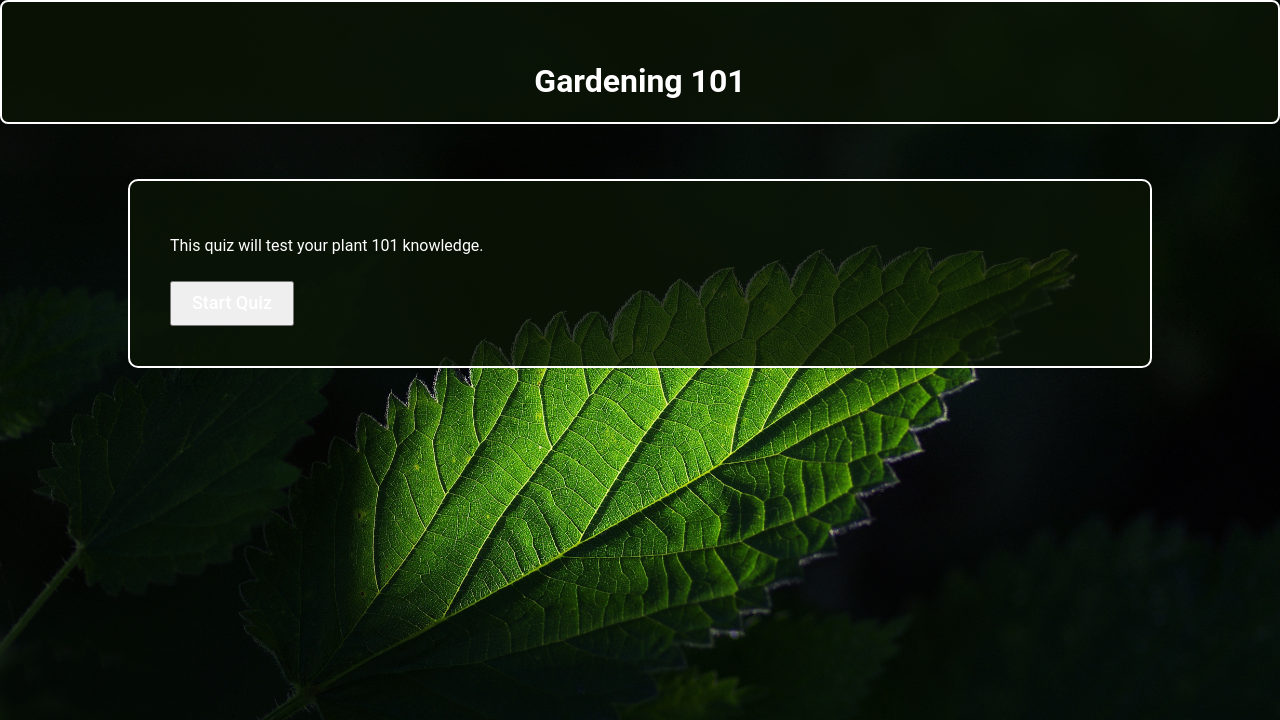
Repository: kaitlynMidori/gardening101
Page: index.html
These files come from the project's save history. The page is drawn as it stood at one moment and after the next save; the edit follows.
The browser window is 1280 px wide. The pictures show the whole page.

Above is the page before, as saved 2021-06-10 13:57:18.

### index.html
<!DOCTYPE html>
<html lang="en">

<head>
    <meta charset="UTF-8">
    <meta name="viewport" content="width=device-width, initial-scale=1.0">
    <meta http-equiv="X-UA-Compatible" content="ie=edge">
    <title>Quiz App</title>
    <link href="https://cdnjs.cloudflare.com/ajax/libs/normalize/8.0.1/normalize.min.css" rel="stylesheet" type="text/css" />
    <link href="app.css" rel="stylesheet" type="text/css" />

</head>

<body>
    <header>
        <h1>Gardening 101</h1>
    </header>
    <main></main>
    <script src="https://code.jquery.com/jquery-3.4.1.slim.js" crossorigin="anonymous"></script>
    <script src="app.js"></script>
</body>

</html>

### app.css
/* Your styles should be mobile-first and responsive */


/**
  * If you are unclear on how to utilize a mobile-first, responsive technique to write your CSS, here is an example:
  *
  * https://github.com/andreacardybailey/responsive_example/blob/master/styles/responsive-base.css
  *
*/

* {
    box-sizing: border-box;
}


body {

    font-family: "Roboto", sans-serif;
    color: white;
    margin: 0;
    background: cover;
    background-image: url("screenshots/leaf.jpg");
    background-repeat: repeat;
    background-size: cover;
    background-color: white;
}

header {
    border: 2px solid white;
    border-radius: 8px;
    background: rgba(11, 21, 6, 0.8);
    padding: 40px 0 0 0;
    color: white;
}

h1 {
    text-align: center;
}

.question-and-score {
    border: 2px solid white;
    border-radius: 8px;
    background: rgba(11, 21, 6, 0.8);
    font-size: 30px;
    font-weight: 600px;
    color: white;
    text-align: center;
    list-style: none;
}

button{
    margin-top: 10px;
    height: auto;
    font-size: 18px;
    font-weight: 500;
    text-align: center;
    color: white;
    cursor: pointer;
    margin-bottom: 0;
    /* border-radius: 3px; */
    padding: 10px 20px;
}

.start-screen,
fieldset {
    border: 2px solid white;
    width: 80%;
    padding: 40px;
    margin: 55px auto 0 auto;
    background: rgba(11, 21, 6, 0.8);
    border-radius: 10px;
}

legend {
    font-weight: 700;
    font-size: 18px;
}

.question-form .question {
    margin-bottom: 20px;
    padding: 0 2%;
    font-size: 20px;
    font-weight: 600px;
}

.options ul {
    list-style: none;
    margin: 0;
    text-align: left;
}

label {
    font-size: 18px;
}

.options span {
    display: block;
    border-radius: 5px;
}

.right-answer {
    background: rgb(11, 21, 6, .5);
    padding: 10px 20px;
    margin: 5px 20px;
    border: 2px solid rgb(97, 164, 23);
}

.wrong-answer {
    background: rgb(11, 21, 6, .5);
    padding: 10px;
    margin: 5px 20px;
    border: 2px solid #fe0000;
    border-radius: 8px;
}

.question-form button {
    background: rgb(11, 21, 6, .5);
    border: 2px solid white;
    float: right;
    border-radius: 6px;
}

button:hover:enabled,
button:focus:enabled {
    background-color: rgb(11, 21, 6, .5);
    -webkit-transition: background 0.1s;
    -moz-transition: background 0.1s;
    -o-transition: background 0.1s;
    transition: background 0.1s;
}

button:disabled {
    opacity: 0.9;
}

#next-question-btn {
    display: none;
}

### app.js
/**
 * Example store structure
 */
// const store = {
// 5 or more questions are required
//     questions: [{
//             question: 'What color is broccoli?',
//             answers: [
//                 'red',
//                 'orange',
//                 'pink',
//                 'green'
//             ],
//             correctAnswer: 'green'
//         },
//         {
//             question: 'What is the current year?',
//             answers: [
//                 '1970',
//                 '2015',
//                 '2019',
//                 '2005'
//             ],
//             correctAnswer: '2019'
//         }
//     ],
//     quizStarted: false,
//     questionNumber: 0,
//     score: 0
// };

const STORE = {
    questions: [ //1
        {
            question: 'Which of the following is a health benefit from gardening?',
            answers: [
                'Reduces Stress & improves mood',
                'Reduces risk of dementia',
                'Improves heart health and reduces risk of stroke',
                'All of the above'
            ],
            correctAnswer: 'All of the above'
        },
        //2
        {
            question: 'Which of the following are indoor plants?',
            answers: [
                'Fiddle Leaf Fig',
                'Dragon Tree',
                'Rubber Plant',
                'All of the above'
            ],
            correctAnswer: 'All of the above'
        },
        //3
        {
            question: 'What are the most common ways to kill a plant?',
            answers: [
                'Overwatering',
                'Underwatering',
                'Incorrect sun exposure',
                'All of the above'
            ],
            correctAnswer: 'All of the above'
        },
        //4
        {
            question: 'What are some ways to keep your plants happy?',
            answers: ['Provide correct watering needs', 'Keep free of dust', 'Fertilize it', 'All of the above'],
            correctAnswer: 'All of the above'
        },
        //5
        {
            question: 'What are signs of an unhappy plant?',
            answers: [
                'Wilted leaves',
                'Yellowing/browning leaves',
                ' Bugs or fungal growth',
                'All of the above'
            ],
            correctAnswer: 'All of the above'
        }
    ],
    quizStarted: false,
    currentQuestion: 0,
    score: 0
};
/**
 *
 * Technical requirements:
 *
 * Your app should include a render() function, that regenerates the view each time the store is updated.
 * See your course material and access support for more details.
 *
 * NO additional HTML elements should be added to the index.html file.
 *
 * You may add attributes (classes, ids, etc) to the existing HTML elements, or link stylesheets or additional scripts if necessary
 *
 * SEE BELOW FOR THE CATEGORIES OF THE TYPES OF FUNCTIONS YOU WILL BE CREATING 👇
 *
 */

/********** TEMPLATE GENERATION FUNCTIONS **********/

// These functions return HTML templates

/********** RENDER FUNCTION(S) **********/

// This function conditionally replaces the contents of the <main> tag based on the state of the store

/********** EVENT HANDLER FUNCTIONS **********/

// These functions handle events (submit, click, etc)

/**
 * Generates HTML for the start screen
 */
function generateStartScreenHtml() {
    return `
    <div class="start-screen">
      <p>This quiz will test your plant 101 knowledge.</p>
      <button type="button" id="start">Start Quiz</button>
    </div>
  `;
}

/**
 * Generates the HTML for the section of the app
 * that displays the question number and the score
 */
function generateQuestionNumberAndScoreHtml() {
    return `
    <ul class="question-and-score">
      <li id="question-number">
        Question Number: ${STORE.currentQuestion + 1}/${STORE.questions.length}
      </li>
      <li id="score">
        Score: ${STORE.score}/${STORE.questions.length}
      </li>
    </ul>
  `;
}
/**
 * Generates the list of possible answers for
 * one question
 */
function generateAnswersHtml() {
    const answersArray = STORE.questions[STORE.currentQuestion].answers
    let answersHtml = '';
    let i = 0;

    answersArray.forEach(answer => {
        answersHtml += `
      <div id="option-container-${i}">
        <input type="radio" name="options" id="option${i + 1}" value= "${answer}" tabindex ="${i + 1}" required>
        <label for="option${i + 1}"> ${answer}</label>
      </div>
    `;
        i++;
    });
    return answersHtml;
}
/**
 * Generates the HTML to display one question
 */
function generateQuestionHtml() {
    let currentQuestion = STORE.questions[STORE.currentQuestion];
    return `
    <form id="question-form" class="question-form">
      <fieldset>
        <div class="question">
          <legend> ${currentQuestion.question}</legend>
        </div>
        <div class="options">
          <div class="answers">
            ${generateAnswersHtml()}
          </div>
        </div>
        <button type="submit" id="submit-answer-btn" tabindex="5">Submit</button>
        <button type="button" id="next-question-btn" tabindex="6"> Next &gt;></button>
      </fieldset>
    </form >
  `;
}

/**
 * Generates the HTML for the results screen
 */
function generateResultsScreen() {
    return `
    <div class="results">
      <form id="js-restart-quiz">
        <fieldset>
          <div class="row">
            <div class="col-12">
              <legend>Your Score is: ${STORE.score}/${STORE.questions.length}</legend>
            </div>
          </div>

          <div class="row">
            <div class="col-12">
              <button type="button" id="restart"> Restart Quiz </button>
            </div>
          </div>
        </fieldset>
    </form>
    </div>
  `;
}

/**
 * @param {string} answerStatus - 'correct' / 'incorrect'
 * @returns {string} - HTML providing the user with feedback
 * regarding whether their answer was correct or incorrect.
 */
function generateFeedbackHTML(answerStatus) {
    let correctAnswer = STORE.questions[STORE.currentQuestion].correctAnswer;
    let html = '';
    if (answerStatus === 'correct') {
        html = `
    <div class="right-answer">That is correct!</div>
    `;
    } else if (answerStatus === 'incorrect') {
        html = `
      <div class="wrong-answer">That is incorrect. The correct answer is ${correctAnswer}.</div>
    `;
    }
    return html;
}

/********** RENDER FUNCTION **********/

/**
 * All-purpose render function that will conditionally
 * render the page based upon the state of the STORE.
 */
function render() {
    let html = '';

    if (STORE.quizStarted === false) {
        $('main').html(generateStartScreenHtml());
        return;
    } else if (STORE.currentQuestion >= 0 && STORE.currentQuestion < STORE.questions.length) {
        html = generateQuestionNumberAndScoreHtml();
        html += generateQuestionHtml();
        $('main').html(html);
    } else {
        $('main').html(generateResultsScreen());
    }
}

/********** EVENT HANDLER FUNCTIONS **********/

/**
 * Handles a click of the quiz's start button
 */
function handleStartClick() {
    $('main').on('click', '#start', function(event) {
        STORE.quizStarted = true;
        render();
    });
}

/**
 * Handles the click of the "next" button
 */
function handleNextQuestionClick() {
    $('body').on('click', '#next-question-btn', (event) => {
        render();
    });
}

/**
 * Handles the submission of the question form
 */
function handleQuestionFormSubmission() {
    $('body').on('submit', '#question-form', function(event) {
        event.preventDefault();
        const currentQuestion = STORE.questions[STORE.currentQuestion];

        // get value from checkbox checked by user
        let selectedOption = $('input[name=options]:checked').val();
        /**
         * Creates an id '#option-container' + the index of
         * the current question in the answers array.
         *
         * Example: #option-container-0
         */
        let optionContainerId = `#option-container-${currentQuestion.answers.findIndex(i => i === selectedOption)}`;

        if (selectedOption === currentQuestion.correctAnswer) {
            STORE.score++;
            $(optionContainerId).append(generateFeedbackHTML('correct'));
        } else {
            $(optionContainerId).append(generateFeedbackHTML('incorrect'));
        }
        STORE.currentQuestion++;
        // hide the submit button
        $('#submit-answer-btn').hide();
        // disable all inputs
        $('input[type=radio]').each(() => {
            $('input[type=radio]').attr('disabled', true);
        });
        // show the next button
        $('#next-question-btn').show();

    });
}
/**
 * Resets all values to prepare to restart quiz
 */
function restartQuiz() {
    STORE.quizStarted = false;
    STORE.currentQuestion = 0;
    STORE.score = 0;
}

function handleRestartButtonClick() {
    $('body').on('click', '#restart', () => {
        restartQuiz();
        render();
    });
}

function handleQuizApp() {
    render();
    handleStartClick();
    handleNextQuestionClick();
    handleQuestionFormSubmission();
    handleRestartButtonClick();
}

$(handleQuizApp);

After the next save:
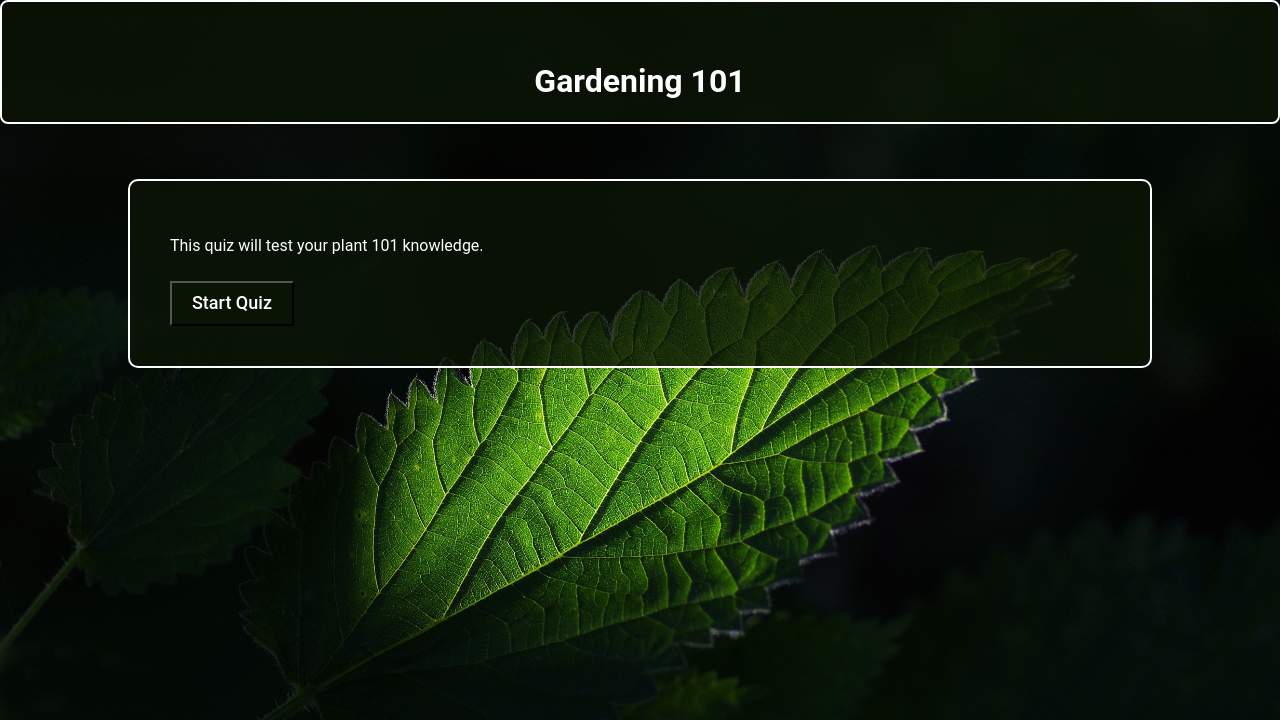
Saved 98 s later.
--- a/app.css
+++ b/app.css
@@ -49,6 +49,7 @@ h1 {
 }
 
 button{
+    background: rgba(11, 21, 6, 0.8);
     margin-top: 10px;
     height: auto;
     font-size: 18px;
